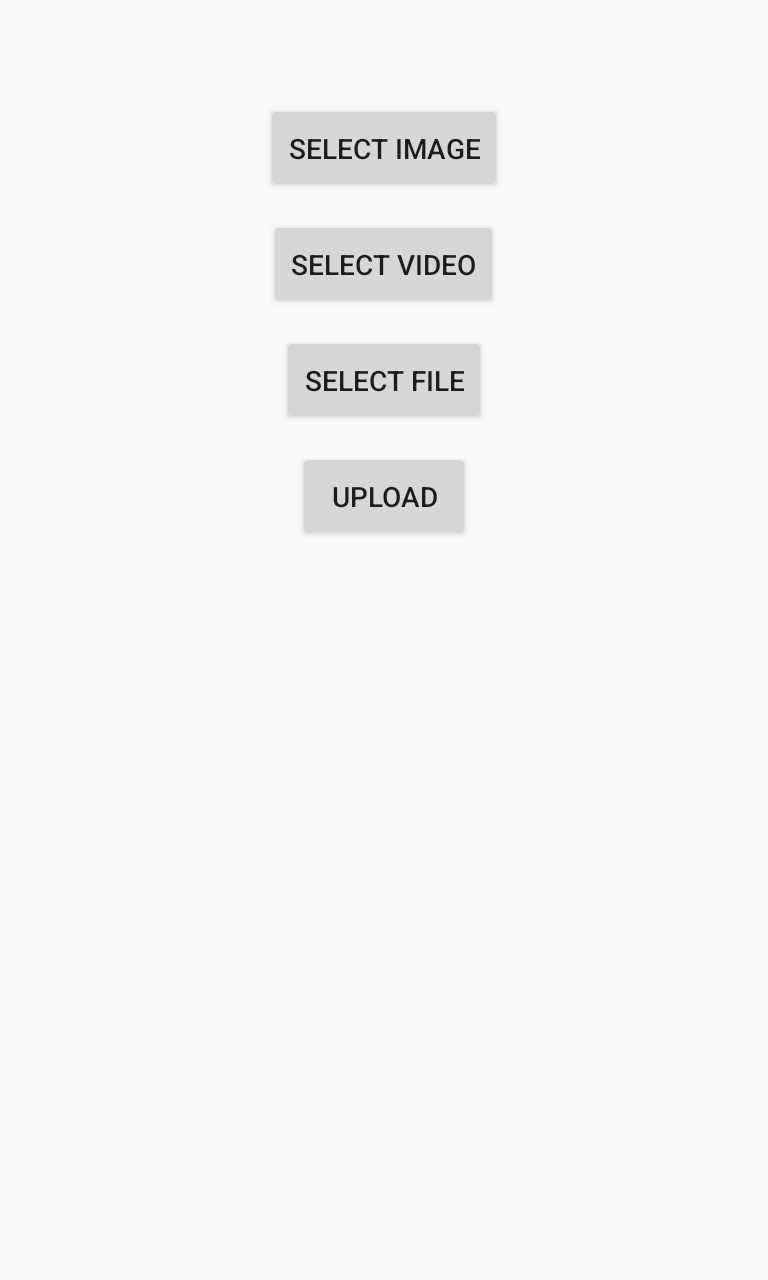
Repository: BLiuBLiu/android_file_upload
Layout: ImageUploadTest/res/layout/activity_main.xml
The author's editor kept a copy of each file at every save. The layout is drawn from the files as they stood at one save, then again after the next save.
It is drawn on a 768 x 1280 px phone screen (xhdpi) without system bars, with theme AppTheme; the app's code is not run.

Above is the layout before, as saved 2015-10-17 09:07:27.

### ImageUploadTest/res/layout/activity_main.xml
<RelativeLayout xmlns:android="http://schemas.android.com/apk/res/android"
    xmlns:tools="http://schemas.android.com/tools"
    android:layout_width="match_parent"
    android:layout_height="match_parent"
    tools:context="com.example.imageuploadtest.MainActivity" >

    <Button
        android:id="@+id/btn_select"
        android:layout_width="wrap_content"
        android:layout_height="wrap_content"
        android:layout_alignParentTop="true"
        android:layout_centerHorizontal="true"
        android:layout_marginTop="50dp"
        android:gravity="center"
        android:text="Select Image" />

    <Button
        android:id="@+id/btn_select_video"
        android:layout_width="wrap_content"
        android:layout_height="wrap_content"
        android:layout_below="@+id/btn_select"
        android:layout_marginTop="10dp"
         android:layout_centerHorizontal="true"
        android:gravity="center"
        android:text="Select Video" />

    <Button
        android:id="@+id/btn_file"
        android:layout_width="wrap_content"
        android:layout_height="wrap_content"
        android:layout_below="@+id/btn_select_video"
        android:layout_marginTop="10dp"
        android:gravity="center"
         android:layout_centerHorizontal="true"
        android:text="Select File" />

    <Button
        android:id="@+id/btn_upload"
        android:layout_width="wrap_content"
        android:layout_height="wrap_content"
        android:layout_below="@+id/btn_file"
        android:layout_marginTop="10dp"
         android:layout_centerHorizontal="true"
        android:gravity="center"
        android:text="Upload" />

  </RelativeLayout>

Loaded but not shown: ImageUploadTest/res/values/styles.xml (common file); ImageUploadTest/res/values-v11/styles.xml (common file); ImageUploadTest/res/values-v14/styles.xml (common file)

After the next save:
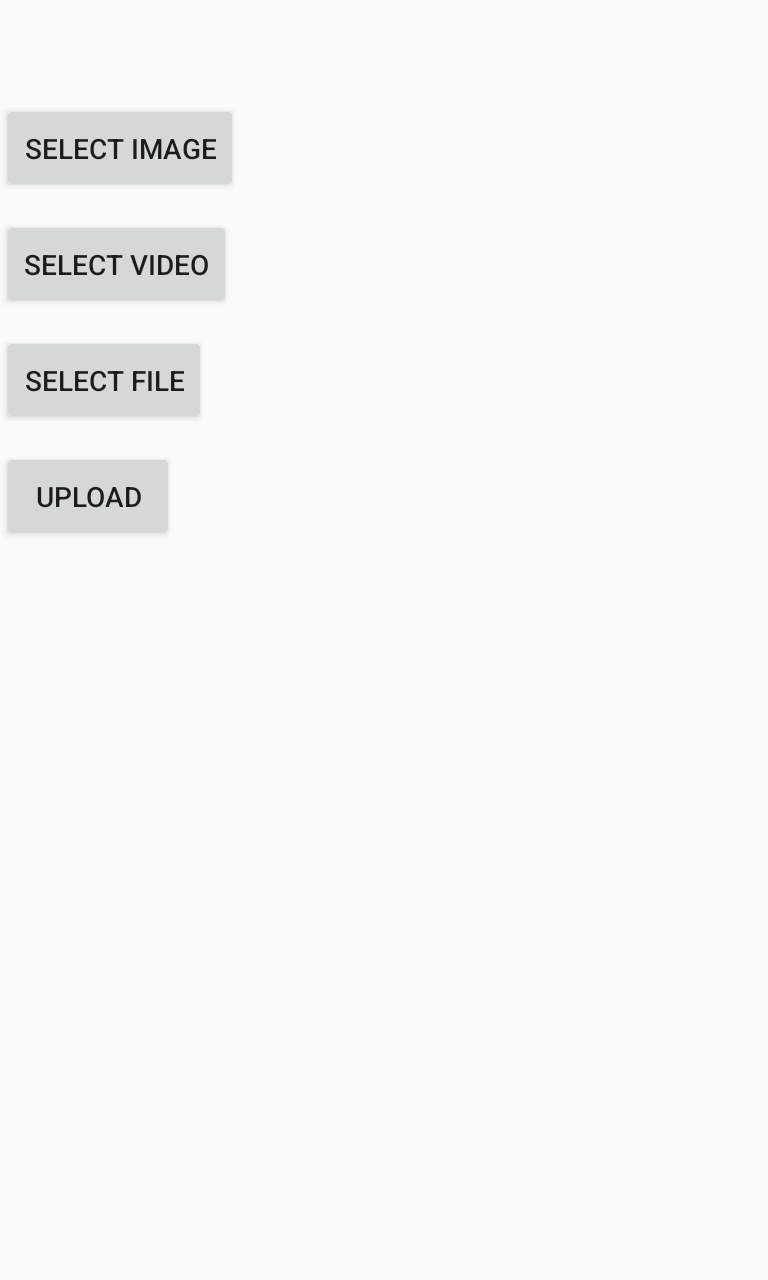
Saved 59 s later.
--- a/ImageUploadTest/res/layout/activity_main.xml
+++ b/ImageUploadTest/res/layout/activity_main.xml
@@ -3,7 +3,13 @@
     android:layout_width="match_parent"
     android:layout_height="match_parent"
     tools:context="com.example.imageuploadtest.MainActivity" >
+<LinearLayout
+    android:id="@+id/lay_btn"
+    android:layout_width="wrap_content"
+    android:layout_height="wrap_content"
+    android:orientation="vertical"
 
+    >
     <Button
         android:id="@+id/btn_select"
         android:layout_width="wrap_content"
@@ -43,5 +49,5 @@
          android:layout_centerHorizontal="true"
         android:gravity="center"
         android:text="Upload" />
-
+</LinearLayout>
   </RelativeLayout>
